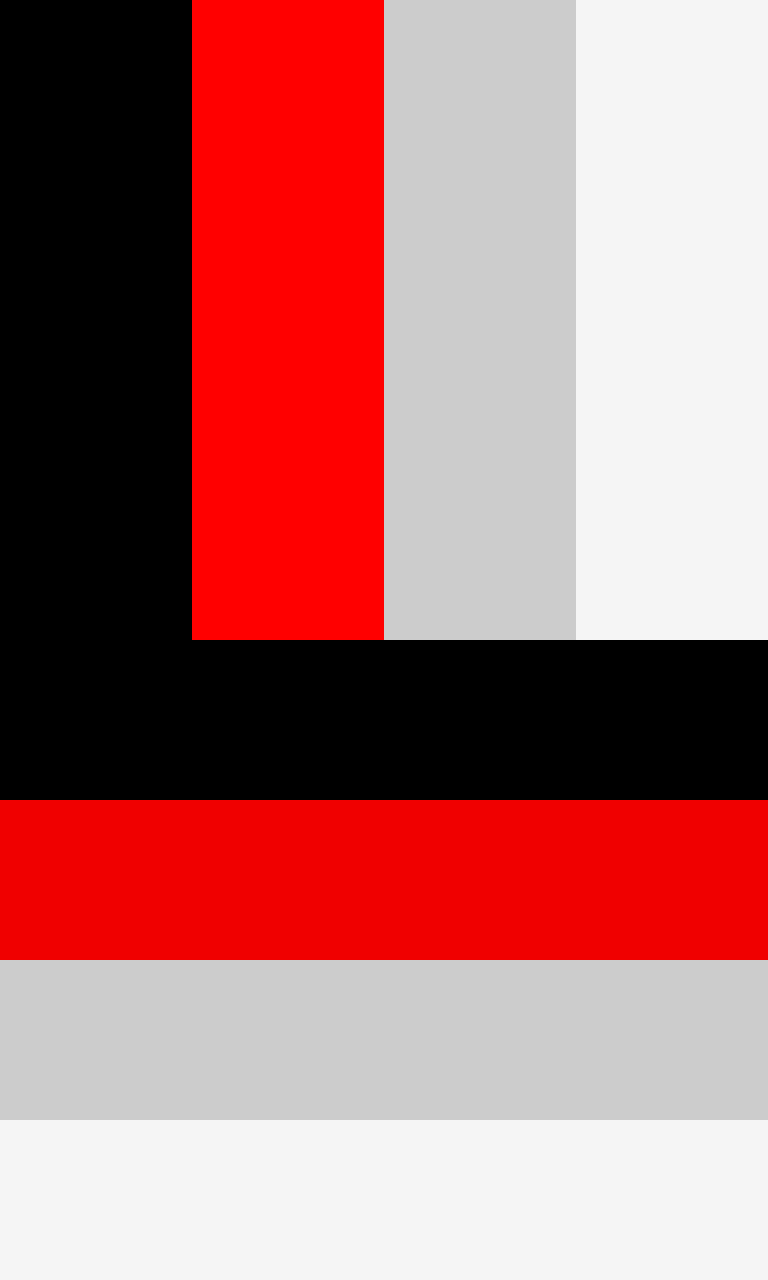
Repository: qwer2714856/Android_learn
Layout: linearylayout/res/layout/activity_main.xml
An editor plug-in stored every save of this project. The layout is shown before and after the next save, followed by the edit.
It is drawn on a 768 x 1280 px phone screen (xhdpi) without system bars, with theme AppTheme; the app's code is not run.

Above is the layout before, as saved 2015-09-28 08:43:38.

After the next save:
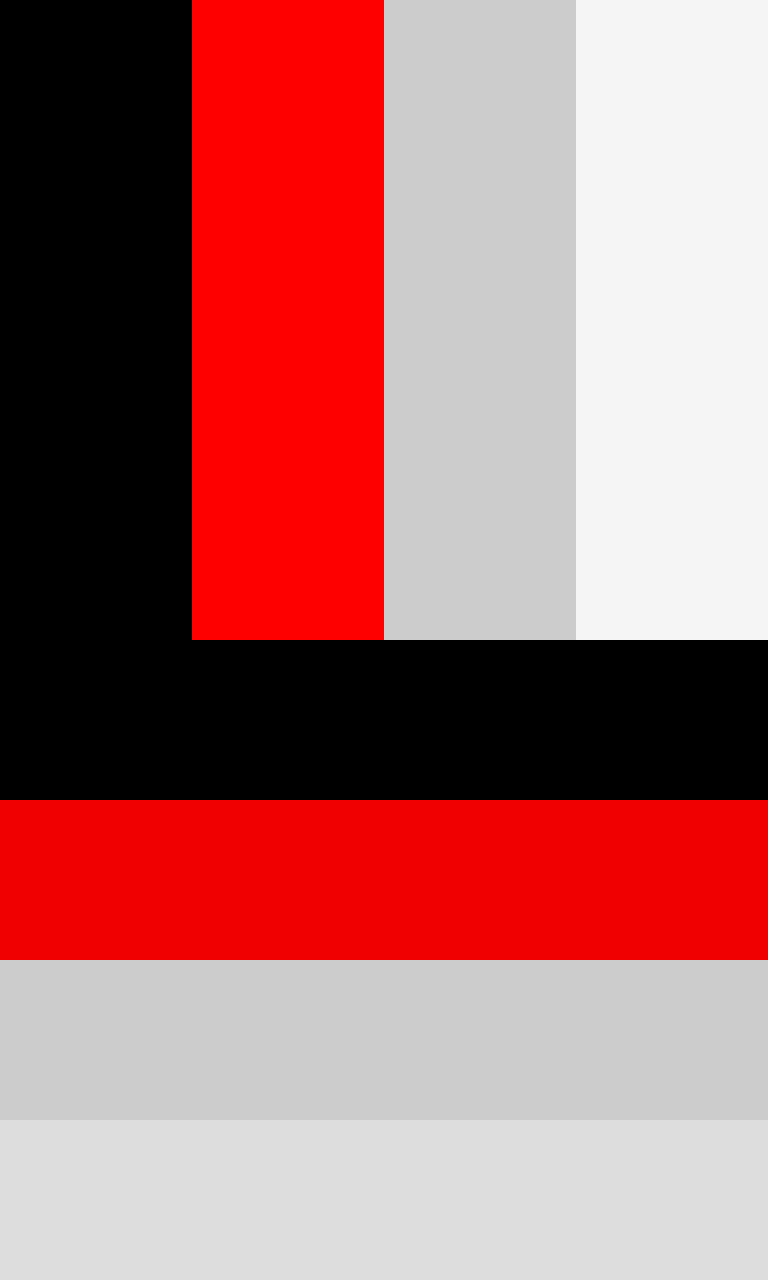
Saved 9 s later.
--- a/linearylayout/res/layout/activity_main.xml
+++ b/linearylayout/res/layout/activity_main.xml
@@ -74,7 +74,7 @@
             android:layout_width="match_parent"
             android:layout_height="0dp"
             android:layout_weight="1"
-             android:background="#f5f5f5"
+             android:background="#dddddd"
             />
 
     </LinearLayout>

After the 2 saves that followed:
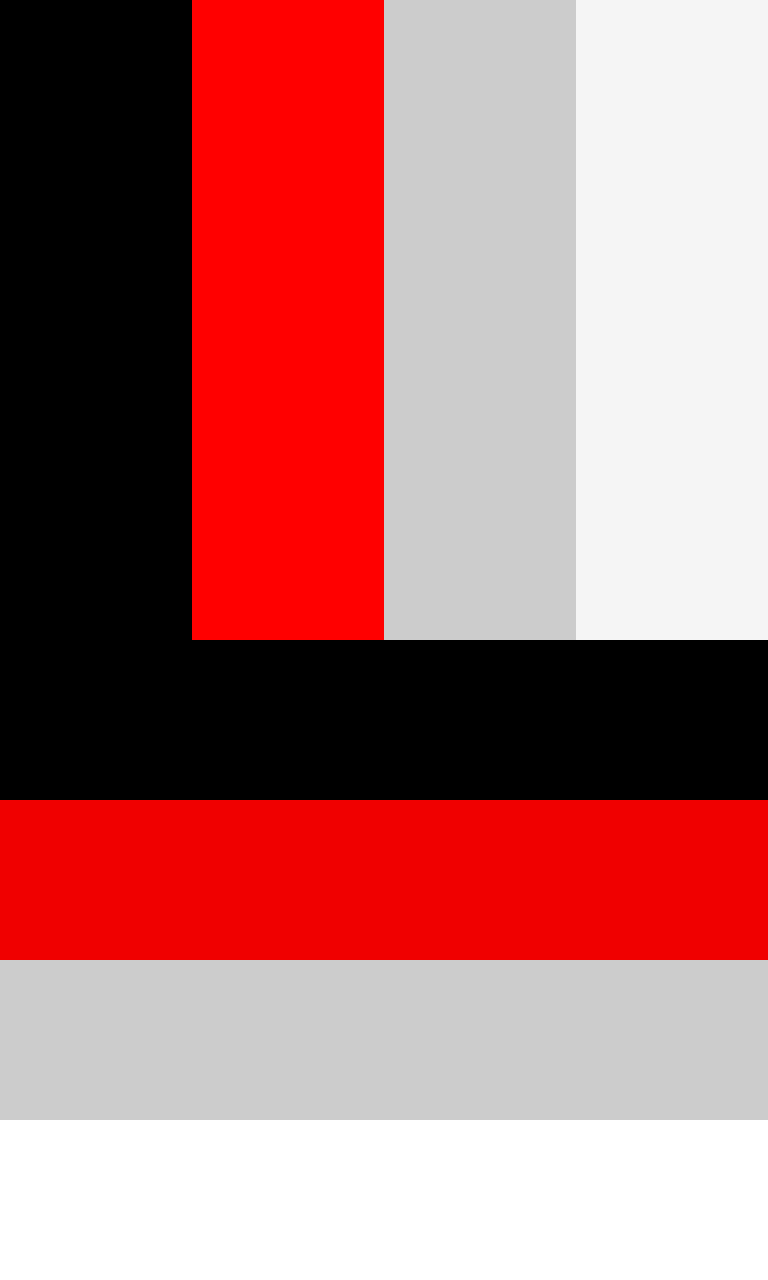
The 2 saves are shown as one change because 1 did not build or start.
The last was saved 7 min 56 s later.
--- a/linearylayout/res/layout/activity_main.xml
+++ b/linearylayout/res/layout/activity_main.xml
@@ -74,7 +74,7 @@
             android:layout_width="match_parent"
             android:layout_height="0dp"
             android:layout_weight="1"
-             android:background="#dddddd"
+             android:background="@android:color/background_light"
             />
 
     </LinearLayout>
